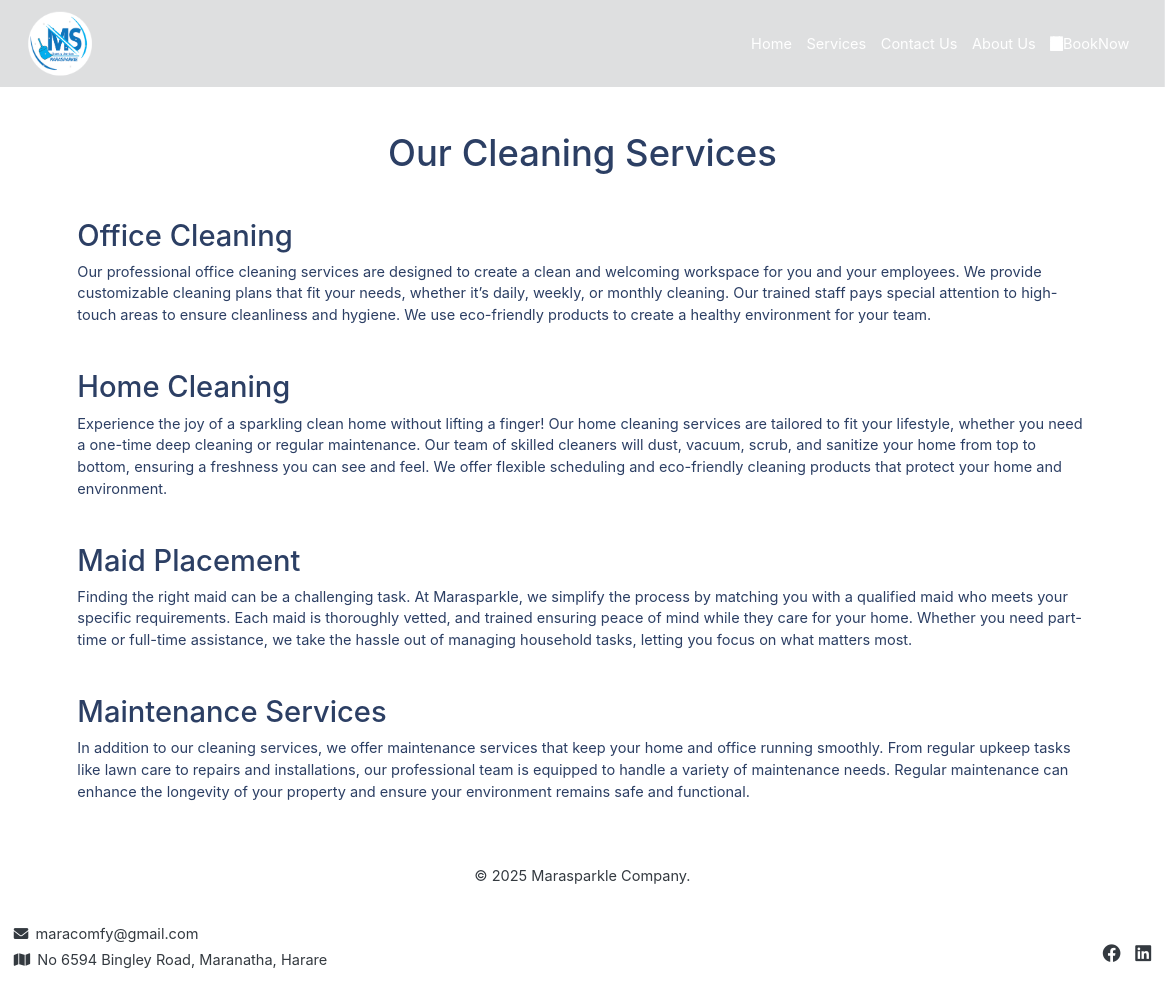
Repository: guineveretim/sparkle
Page: http://localhost/services/
These files come from the project's save history. The page is drawn as it stood at one moment and after the next save; the edit follows.
The browser window is 1280 px wide. The pictures show the whole page, at 91% of full size.
The page is served by the project's application, run on Django 5.2 (manage.py).

Above is the page before, as saved 2025-04-16 10:44:50.

After the next save:
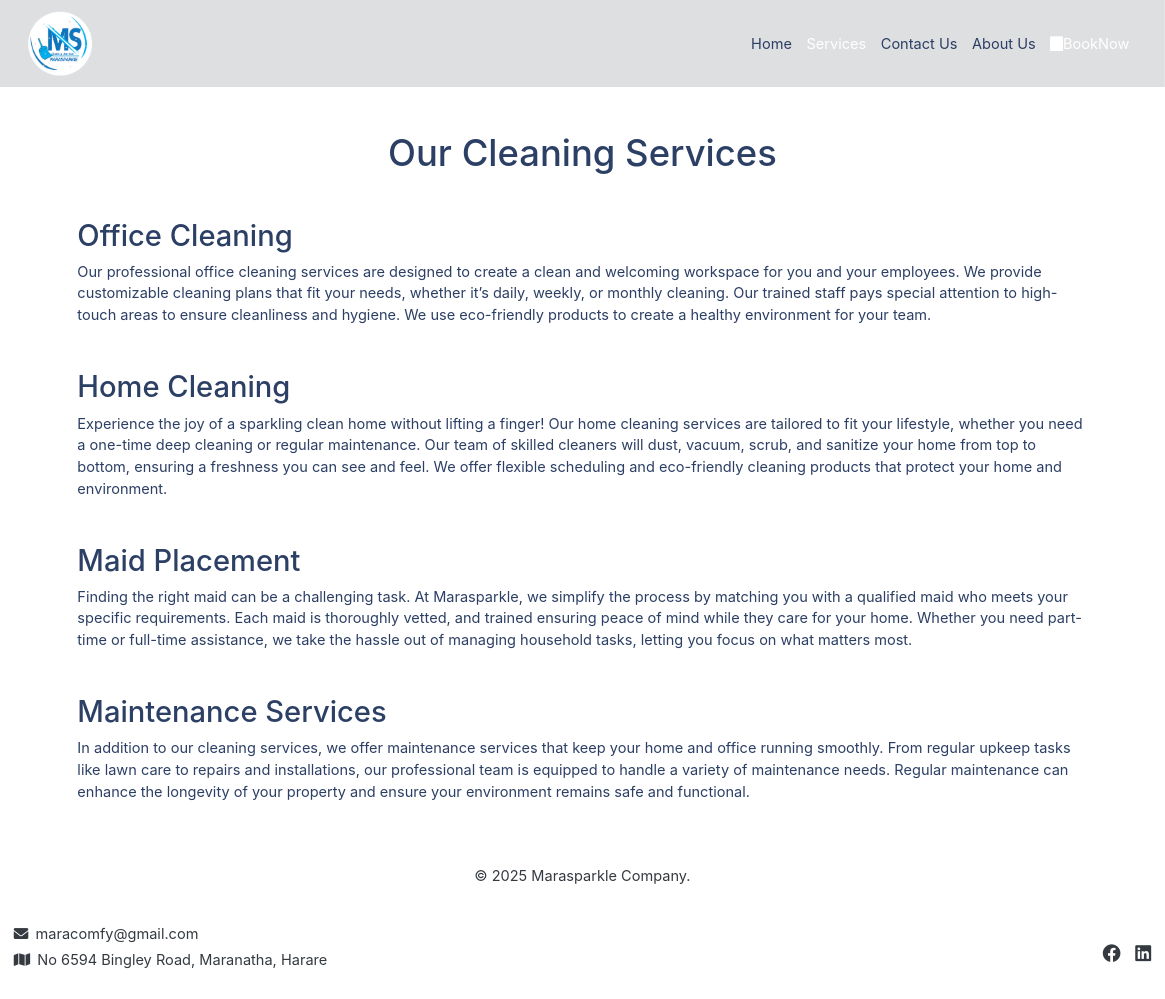
Saved 3 min 20 s later.
--- a/templates/application/services.html
+++ b/templates/application/services.html
@@ -33,16 +33,16 @@
             <div class="collapse navbar-collapse" id="navbarNav">
                 <ul class="navbar-nav ml-auto">
                     <li class="nav-item">
-                        <a class="nav-link" href="{% url 'home' %}" style="color:white;">Home <span class="sr-only">(current)</span></a>
+                        <a class="nav-link" href="{% url 'home' %}" style="color:#2c3f64;">Home <span class="sr-only">(current)</span></a>
                     </li>
                     <li class="nav-item active">
                         <a class="nav-link" href="{% url 'services_details' %}" style="color:white;">Services</a>
                     </li>
                     <li class="nav-item">
-                        <a class="nav-link" href="{% url 'contact' %}" style="color:white;">Contact Us</a>
+                        <a class="nav-link" href="{% url 'contact' %}" style="color:#2c3f64;">Contact Us</a>
                     </li>
                     <li class="nav-item active">
-                        <a class="nav-link" href="{% url 'about' %}">About Us</a>
+                        <a class="nav-link" href="{% url 'about' %}" style="color:#2c3f64;">About Us</a>
                     </li>
                     <li class="nav-item">
                         <a class="nav-link" href="{% url 'login' %}" style="color:white;">
